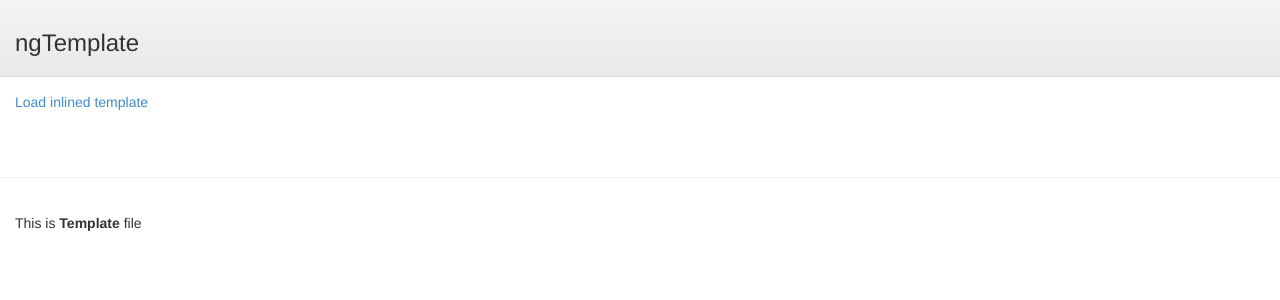
Repository: chisun-joung/workplace
Page: angularJS/WebContent/Chap10_Binding/S03_ngTemplate.html
These files come from the project's save history. The page is drawn as it stood at one moment and after the next save; the edit follows.
The browser window is 1280 px wide. The pictures show the whole page.
Some web libraries are served in a nearby version.

Above is the page before, as saved 2016-11-29 00:11:27.

### angularJS/WebContent/Chap10_Binding/S03_ngTemplate.html
<!DOCTYPE html>
<html ng-app="app">
<head>
	<meta charset="UTF-8">
	<title>Insert title here</title>
	<link href="bootstrap.css" rel="stylesheet" />
	<link href="bootstrap-theme.css" rel="stylesheet" />
	<script src="https://ajax.googleapis.com/ajax/libs/angularjs/1.3.15/angular.js"></script>
	<script type="text/ng-template" id="temp">
		<div>This is <b>Template</b> file</div>
	</script>
	<script type="text/javascript">
		var app = angular.module('app', []);
		app.controller('defaultCtrl',['$scope',function($scope){
			$scope.temp = 'temp';
		}])
	</script>
</head>
<body>
	<div class="panel-default">
		<div class="panel-heading">
			<h3>ngTemplate</h3>
		</div>
	</div>

	<div class="panel-body">
		<a href="">Load inlined template</a>
	</div>

	<div class="panel-body">
		<div ng-include="temp">Content</div>
	</div>

	<hr>

	<div class="panel-body">
		<div ng-include="'temp'"></div>
	</div>

</body>
</html>

Loaded but not shown: angularJS/WebContent/Chap10_Binding/bootstrap.css (library); angularJS/WebContent/Chap10_Binding/bootstrap-theme.css (library)

After the next save:
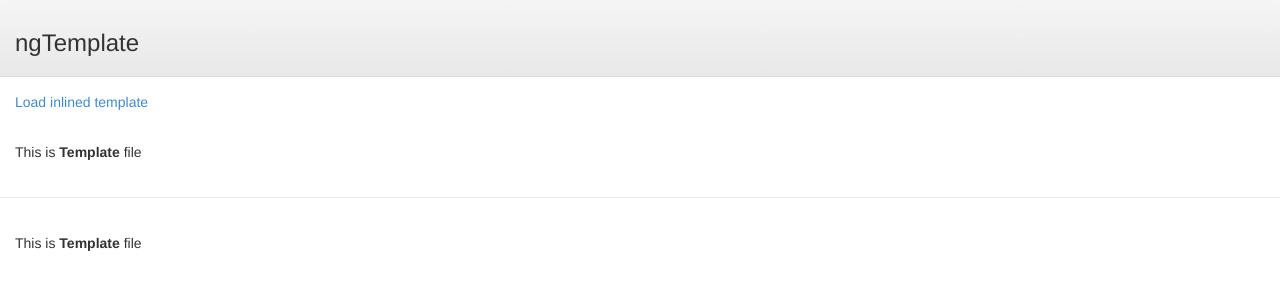
Saved 18 s later.
--- a/angularJS/WebContent/Chap10_Binding/S03_ngTemplate.html
+++ b/angularJS/WebContent/Chap10_Binding/S03_ngTemplate.html
@@ -11,12 +11,12 @@
 	</script>
 	<script type="text/javascript">
 		var app = angular.module('app', []);
-		app.controller('defaultCtrl',['$scope',function($scope){
+		app.controller('defaultCtrl', ['$scope', function($scope){
 			$scope.temp = 'temp';
 		}])
 	</script>
 </head>
-<body>
+<body ng-controller="defaultCtrl">
 	<div class="panel-default">
 		<div class="panel-heading">
 			<h3>ngTemplate</h3>
@@ -34,7 +34,8 @@
 	<hr>
 
 	<div class="panel-body">
-		<div ng-include="'temp'"></div>
+		<!-- template의 id값을 문자열로 참조 -->
+		<div ng-include=" 'temp' "></div>
 	</div>
 
 </body>
